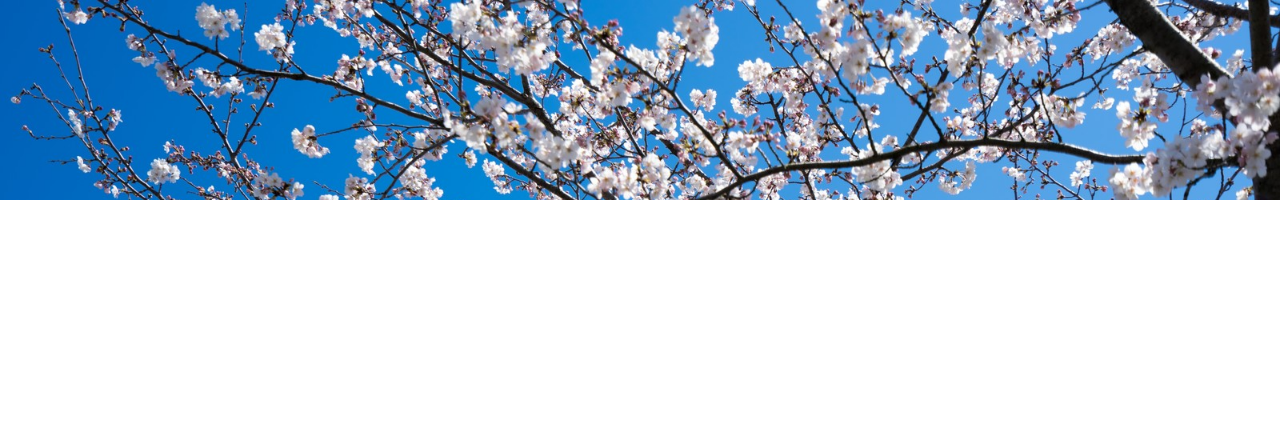
Repository: atsuyan-i/git-practice2
Page: chapter/chapter6.html
The author's editor kept a record of every edit. The page is drawn from the files as they stood at one moment, then again after the next edit.
The browser window is 1280 px wide. The pictures show the whole page.

Above is the page before.

After the next edit:
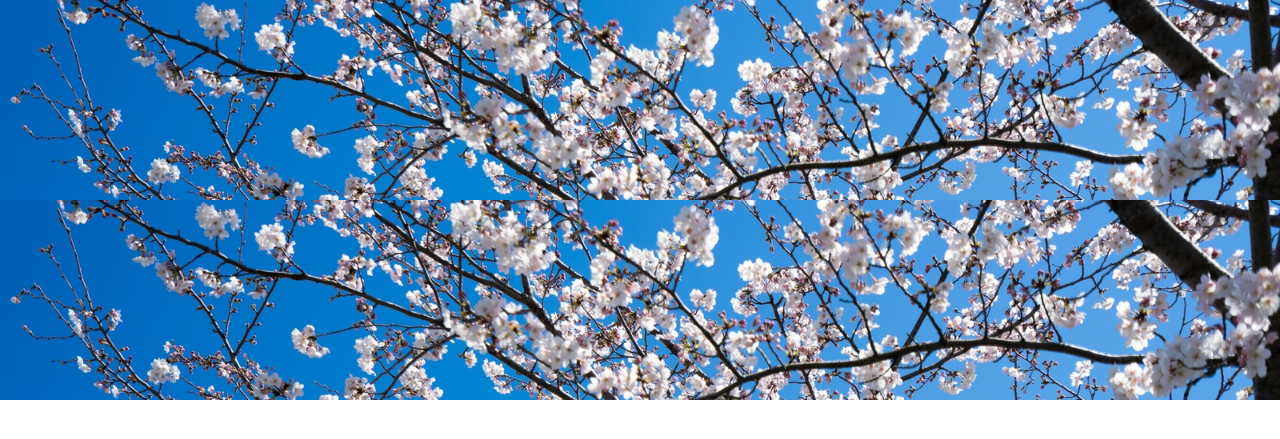
The edit:
--- a/chapter/chapter6.css
+++ b/chapter/chapter6.css
@@ -10,3 +10,24 @@
   background-size: contain;
   background-size: cover;
 }
+
+.box1 {
+  height: 200px;
+  background-image: url(img/box1.jpg);
+  background-size: contain;
+  background-size: cover;
+}
+
+.box1 {
+  height: 200px;
+  background-image: url(img/box1.jpg);
+  background-size: contain;
+  background-size: cover;
+}
+
+.box4 {
+  height: 200px;
+  background-image: url(img/box1.jpg);
+  background-size: contain;
+  background-size: cover;
+}
